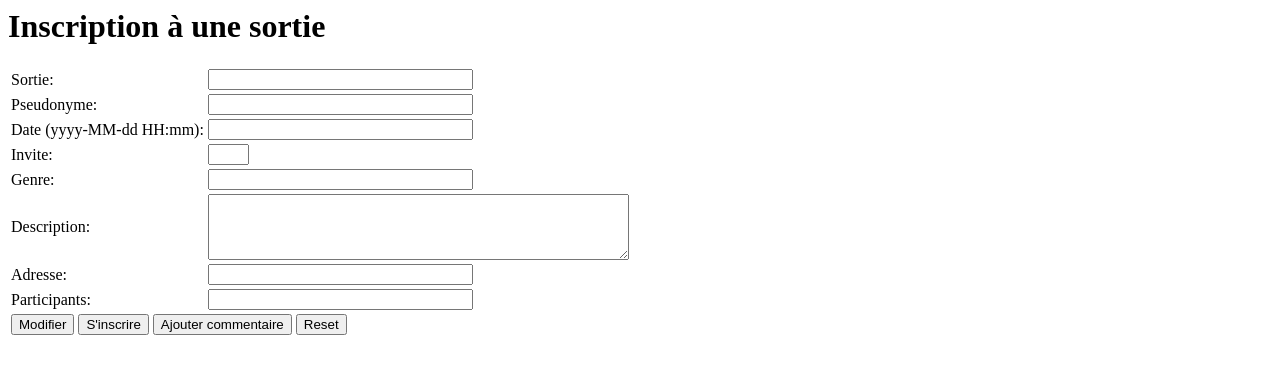
Repository: JulesThuillier/INF3710---TP4
Page: http://localhost/TP4/suscribe.jsp
The author's editor kept a copy of each file at every save. The page is drawn from the files as they stood at one save, then again after the next save.
The browser window is 1280 px wide. The pictures show the whole page.
The page is served by Tomcat 9.

Above is the page before, as saved 2015-11-21 04:35:35.

After the next save:
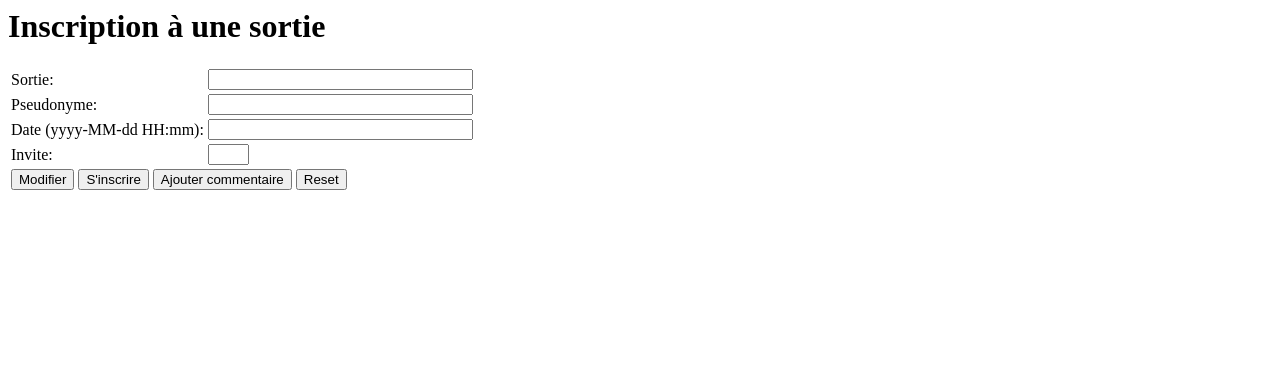
Saved 10 s later.
--- a/TP4/TP4/WebContent/suscribe.jsp
+++ b/TP4/TP4/WebContent/suscribe.jsp
@@ -24,22 +24,6 @@
             <td><input type="text" name="invite" size="2" maxlength="2"></td>
         </tr>
         <tr>
-            <td>Genre:</td>
-            <td><input type="text" name="genre" size="30" maxlength="80"></td>
-        </tr>
-        <tr>
-            <td>Description:</td>
-            <td><textarea name="description" rows="4" cols="50"></textarea></td>
-        </tr>
-        <tr>
-            <td>Adresse:</td>
-            <td><input type="text" name="adresse" size="30" maxlength="80"></td>
-        </tr>
-        <tr>
-            <td>Participants:</td>
-            <td><input type="text" name="participantsMax" size="30" maxlength="2"></td>
-        </tr>
-        <tr>
             <td colspan="2">
             	<input type="submit" value="Modifier" name="update">
             	<input type="submit" value="S'inscrire" name="suscribe">
